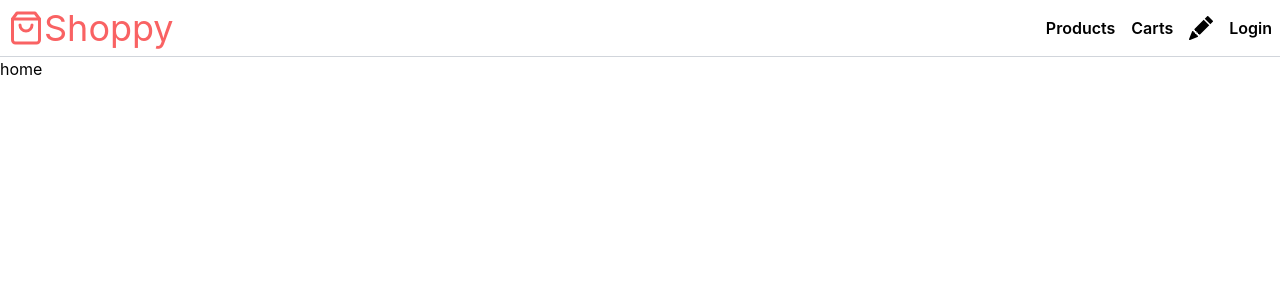
Repository: SeungYn/shoppy
Page: /
The author's editor kept a copy of each file at every save. The page is drawn from the files as they stood at one save, then again after the next save.
The browser window is 1280 px wide. The pictures show the whole page.
The project was rebuilt for these pictures with package versions that can differ from the ones it lists, and the page was loaded fresh each time. Also part of the build but not shown: src/App.css, src/pages/AllProducts.jsx, src/pages/ProductDetail.jsx, src/pages/MyCart.jsx.

Above is the page before, as saved 2022-11-17 13:36:39.

### public/index.html
<!DOCTYPE html>
<html lang="en">
  <head>
    <meta charset="utf-8" />
    <link rel="icon" href="%PUBLIC_URL%/favicon.ico" />
    <meta name="viewport" content="width=device-width, initial-scale=1" />
    <meta name="theme-color" content="#000000" />
    <meta
      name="description"
      content="Web site created using create-react-app"
    />
    <link rel="apple-touch-icon" href="%PUBLIC_URL%/logo192.png" />
    <!--
      manifest.json provides metadata used when your web app is installed on a
      user's mobile device or desktop. See https://developers.google.com/web/fundamentals/web-app-manifest/
    -->
    <link rel="manifest" href="%PUBLIC_URL%/manifest.json" />
    <!--
      Notice the use of %PUBLIC_URL% in the tags above.
      It will be replaced with the URL of the `public` folder during the build.
      Only files inside the `public` folder can be referenced from the HTML.

      Unlike "/favicon.ico" or "favicon.ico", "%PUBLIC_URL%/favicon.ico" will
      work correctly both with client-side routing and a non-root public URL.
      Learn how to configure a non-root public URL by running `npm run build`.
    -->
    <title>title</title>
  </head>
  <body>
    <noscript>You need to enable JavaScript to run this app.</noscript>
    <div id="root"></div>
    <!--
      This HTML file is a template.
      If you open it directly in the browser, you will see an empty page.

      You can add webfonts, meta tags, or analytics to this file.
      The build step will place the bundled scripts into the <body> tag.

      To begin the development, run `npm start` or `yarn start`.
      To create a production bundle, use `npm run build` or `yarn build`.
    -->
  </body>
</html>

### src/index.js
import React from 'react';
import ReactDOM from 'react-dom/client';
import './index.css';
import App from './App';
import reportWebVitals from './reportWebVitals';
import { createBrowserRouter, RouterProvider } from 'react-router-dom';
import Home from './pages/Home';
import AllProducts from './pages/AllProducts';
import NewProduct from './pages/NewProduct';
import ProductDetail from './pages/ProductDetail';
import MyCart from './pages/MyCart';

const router = createBrowserRouter([
  {
    path: '/',
    element: <App />,
    children: [
      { index: true, element: <Home /> },
      {
        path: 'products',
        element: <AllProducts />,
      },
      {
        path: 'products/new',
        element: <NewProduct />,
      },
      {
        path: 'products/:id',
        element: <ProductDetail />,
      },
      {
        path: 'carts',
        element: <MyCart />,
      },
    ],
  },
]);

const root = ReactDOM.createRoot(document.getElementById('root'));
root.render(
  <React.StrictMode>
    <RouterProvider router={router}>
      <App />
    </RouterProvider>
  </React.StrictMode>
);

// If you want to start measuring performance in your app, pass a function
// to log results (for example: reportWebVitals(console.log))
// or send to an analytics endpoint. Learn more: https://bit.ly/CRA-vitals
reportWebVitals();

### src/index.css
@tailwind base;
@tailwind components;
@tailwind utilities;

body {
  margin: 0;
  font-family: -apple-system, BlinkMacSystemFont, 'Segoe UI', 'Roboto', 'Oxygen',
    'Ubuntu', 'Cantarell', 'Fira Sans', 'Droid Sans', 'Helvetica Neue',
    sans-serif;
  -webkit-font-smoothing: antialiased;
  -moz-osx-font-smoothing: grayscale;
  @apply flex flex-col items-center;
}

code {
  font-family: source-code-pro, Menlo, Monaco, Consolas, 'Courier New',
    monospace;
}

#root {
  @apply w-full max-w-screen-2xl;
}

### src/App.js
import { Outlet } from 'react-router-dom';
import './App.css';
import Header from './components/Header';

function App() {
  return (
    <>
      <Header />
      <Outlet />
    </>
  );
}

export default App;

### src/pages/Home.jsx
import React from 'react';

export default function Home() {
  return <div>home</div>;
}

### src/components/Header.jsx
import React from 'react';
import { Link } from 'react-router-dom';
import { BsFillPencilFill } from 'react-icons/bs';
import { FiShoppingBag } from 'react-icons/fi';

export default function Header() {
  return (
    <header className={'flex justify-between border-b border-gray-300 p-2'}>
      <Link to='/' className='flex items-center text-4xl text-brand'>
        <FiShoppingBag />
        <h1>Shoppy</h1>
      </Link>
      <nav className='flex items-center gap-4 font-semibold'>
        <Link to='/products'>Products</Link>
        <Link to='/carts'>Carts</Link>
        <Link to='/products/new' className='text-2xl'>
          <BsFillPencilFill />
        </Link>
        <button>Login</button>
      </nav>
    </header>
  );
}

### tailwind.config.js
/** @type {import('tailwindcss').Config} */
module.exports = {
  content: ['./src/**/*.{js,jsx}'],
  theme: {
    extend: {
      colors: {
        brand: '#F96263',
      },
    },
  },
  plugins: [],
};

### src/context/AuthContext.jsx
// Import the functions you need from the SDKs you need
import { initializeApp } from 'firebase/app';
import { createContext, useContext } from 'react';

// TODO: Add SDKs for Firebase products that you want to use
// https://firebase.google.com/docs/web/setup#available-libraries

// Your web app's Firebase configuration
// For Firebase JS SDK v7.20.0 and later, measurementId is optional
const firebaseConfig = {
  apiKey: 'AIzaSyCGkaYkXgIpcjU1d57rNtT-saEpdxzptD4',
  authDomain: 'shoopy-701da.firebaseapp.com',
  databaseURL:
    'https://shoopy-701da-default-rtdb.asia-southeast1.firebasedatabase.app',
  projectId: 'shoopy-701da',
  storageBucket: 'shoopy-701da.appspot.com',
  messagingSenderId: '488849970075',
  appId: '1:488849970075:web:90e8e5fc55e5694ecf073e',
  measurementId: 'G-9CL6PTDX5M',
};

// Initialize Firebase
const app = initializeApp(firebaseConfig);
console.log(app);

const authContext = createContext({});

export default function AuthContext({ children }) {
  <authContext.Provider value={{ a: 1 }}>{children}</authContext.Provider>;
}

export function useAuth() {
  return useContext(authContext);
}

Loaded but not shown: src/reportWebVitals.js (common file); src/pages/NewProduct.jsx (no stored copy; drawn as an empty file)

After the next save:
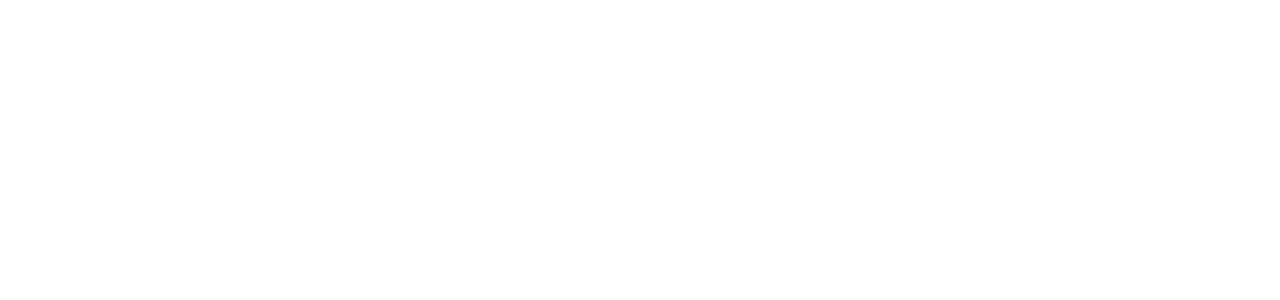
Saved 28 s later.
--- a/src/App.js
+++ b/src/App.js
@@ -1,12 +1,15 @@
 import { Outlet } from 'react-router-dom';
 import './App.css';
 import Header from './components/Header';
+import AuthContext from './context/AuthContext';
 
 function App() {
   return (
     <>
-      <Header />
-      <Outlet />
+      <AuthContext>
+        <Header />
+        <Outlet />
+      </AuthContext>
     </>
   );
 }

After the save that followed:
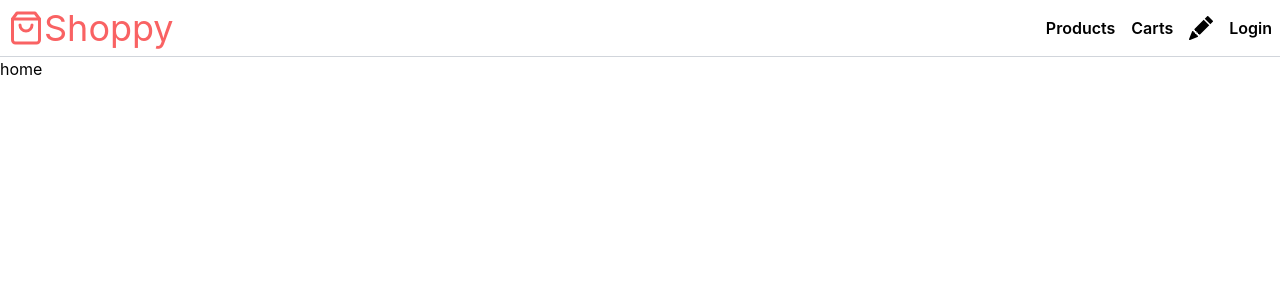
Saved 99 s later.
--- a/src/context/AuthContext.jsx
+++ b/src/context/AuthContext.jsx
@@ -26,7 +26,9 @@
 const authContext = createContext({});
 
 export default function AuthContext({ children }) {
-  <authContext.Provider value={{ a: 1 }}>{children}</authContext.Provider>;
+  return (
+    <authContext.Provider value={{ a: 1 }}>{children}</authContext.Provider>
+  );
 }
 
 export function useAuth() {
